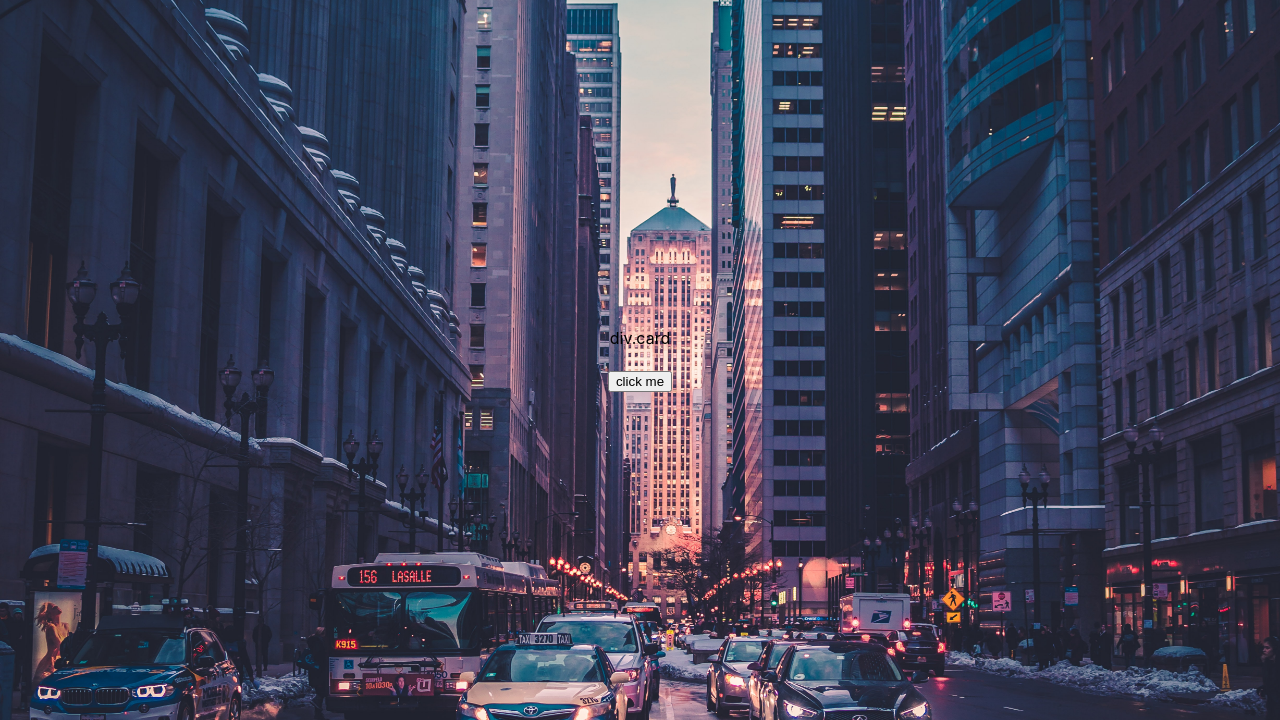
Repository: lamilekan263/random_advice
Page: /
The author's editor kept a copy of each file at every save. The page is drawn from the files as they stood at one save, then again after the next save.
The browser window is 1280 px wide. The pictures show the whole page.
The page's requests for data from a server got no answer. The project was rebuilt for these pictures with package versions that can differ from the ones it lists, and the page was loaded fresh each time. No one was signed in, and anything a server would have sent is missing.

Above is the page before, as saved 2020-08-10 14:17:33.

After the next save:
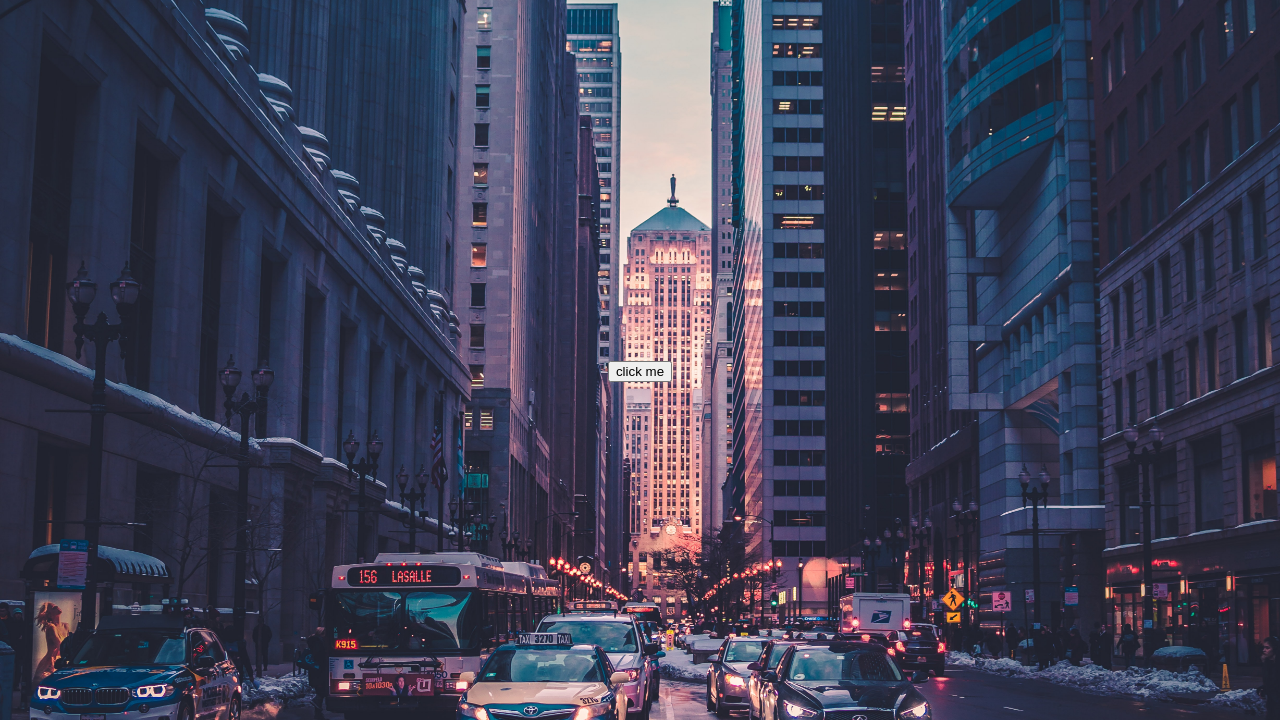
Saved 14 s later.
--- a/src/App.js
+++ b/src/App.js
@@ -24,7 +24,7 @@ class App extends React.Component{
   render(){
     return(
       <div className="app">
-        div.card
+        <div></div>
         <h1> {this.state.advice}</h1>
 
         <button onClick = {this.getAdvice}>click me</button>
